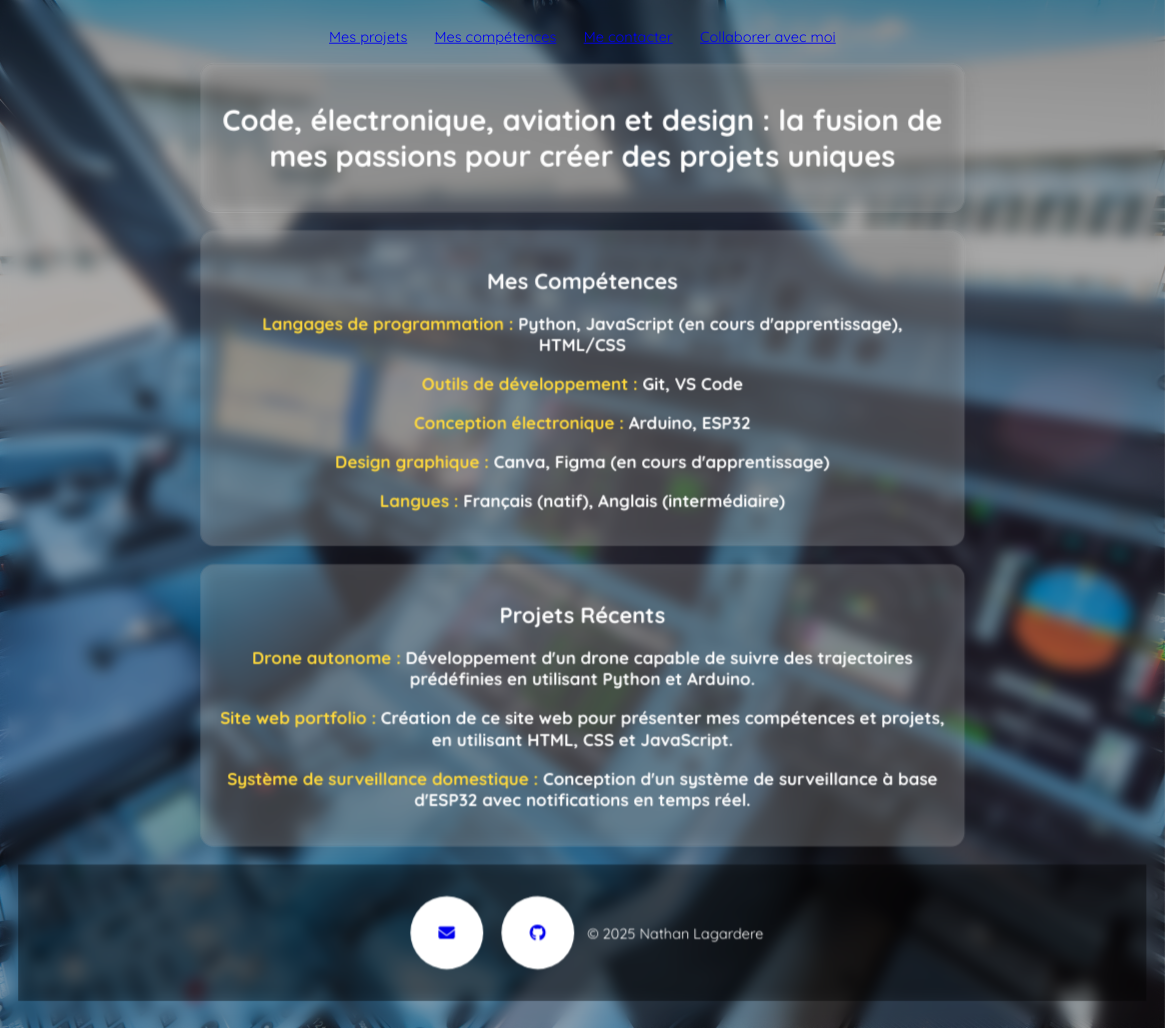
Repository: nlagardere/myportfolio
Page: index - Copie.html
The author's editor kept a copy of each file at every save. The page is drawn from the files as they stood at one save, then again after a run of saves.
The browser window is 1280 px wide. The pictures show the whole page, at 91% of full size.

Above is the page before, as saved 2025-09-06 10:27:58.

### index - Copie.html
<!DOCTYPE html>
<html lang="fr">
<head>
  <meta charset="UTF-8">
  <meta name="viewport" content="width=device-width, initial-scale=1.0">
  <title>Portfolio</title>

  <!-- Google Fonts -->
  <link href="https://fonts.googleapis.com/css2?family=Exo+2:wght@400;700&family=Quicksand:wght@400;700&display=swap" rel="stylesheet">
  <!-- Font Awesome -->
  <link rel="stylesheet" href="https://cdnjs.cloudflare.com/ajax/libs/font-awesome/6.5.0/css/all.min.css">

  <style>
    /* ========== BODY & LAYOUT ========== */
    body {
      font-family: 'Quicksand', sans-serif;
      margin: 0;
      padding: 0;
      min-height: 100vh;
      display: flex;
      flex-direction: column;
      background: url('a350.jpg') no-repeat center center;
      background-size: cover;
      color: #fff;
    }

    header {
      text-align: center;
      padding: 30px 20px;
      background: rgba(0,0,0,0.3);
      backdrop-filter: blur(8px);
    }

    /* ========== GLASS CARD ========== */
    .glasscard, .competences {
      background: rgba(255, 255, 255, 0.2);
      border-radius: 15px;
      padding: 20px;
      margin: 20px auto;
      max-width: 800px;
      backdrop-filter: blur(10px);
      box-shadow: 0 4px 30px rgba(0,0,0,0.1);
      text-align: center;
      animation: zoomPop 1s ease forwards;
      color: white;
    }

    .highlight {
      color: #FFD93D;
      font-weight: bold;
    }

    @keyframes zoomPop {
      0% { opacity: 0; transform: scale(0.1) translateZ(-800px); }
      60% { opacity: 1; transform: scale(1.2) translateZ(50px); }
      80% { transform: scale(0.95) translateZ(0); }
      100% { opacity: 1; transform: scale(1) translateZ(0); }
    }

    /* ========== ACRONYM ========== */
    .acronym-container {
      display: flex;
      justify-content: center;
      gap: 10px;
      flex-wrap: wrap;
      perspective: 1000px;
    }

    .letter-block {
      flex: none;
      text-align: center;
      opacity: 0;
      transform: scale(0.1) translateZ(-800px);
      animation: zoomPop 0.8s cubic-bezier(0.25, 1.5, 0.5, 1) forwards;
    }

    .letter-block:nth-child(1) { animation-delay: 0s; }
    .letter-block:nth-child(2) { animation-delay: 0.1s; }
    .letter-block:nth-child(3) { animation-delay: 0.2s; }
    .letter-block:nth-child(4) { animation-delay: 0.3s; }
    .letter-block:nth-child(5) { animation-delay: 0.4s; }
    .letter-block:nth-child(6) { animation-delay: 0.5s; }

    .letter-block .letter {
      font-size: 4em;
      font-weight: bold;
      font-family: 'Exo 2', sans-serif;
      background: linear-gradient(45deg, #FF6B6B, #FFD93D);
      -webkit-background-clip: text;
      -webkit-text-fill-color: transparent;
      transition: filter 0.2s;
    }

    .letter-block .letter:hover {
      filter: brightness(1.2);
    }

    .letter-block .desc {
      font-size: 1.2em;
      margin-top: 5px;
    }

    /* ========== SOCIAL ICONS ========== */
    .wrapper {
      display: inline-flex;
      justify-content: center;
      list-style: none;
      padding: 20px 0;
      margin: 0 auto;
    }

    .wrapper .icon {
      position: relative;
      background: #ffffff;
      border-radius: 50%;
      padding: 15px;
      margin: 0 10px;
      width: 50px;
      height: 50px;
      font-size: 18px;
      display: flex;
      justify-content: center;
      align-items: center;
      cursor: pointer;
      transition: all 0.2s cubic-bezier(0.68, -0.55, 0.265, 1.55);
    }

    .wrapper .tooltip {
      position: absolute;
      bottom: 100%;
      left: 50%;
      transform: translateX(-50%) translateY(-10px);
      font-size: 14px;
      background: #333;
      color: #fff;
      padding: 5px 8px;
      border-radius: 5px;
      opacity: 0;
      pointer-events: none;
      white-space: nowrap;
      transition: all 0.3s cubic-bezier(0.68, -0.55, 0.265, 1.55);
      z-index: 10;
    }

    .wrapper .tooltip::before {
      content: "";
      position: absolute;
      top: 100%;
      left: 50%;
      transform: translateX(-50%) rotate(45deg);
      width: 8px;
      height: 8px;
      background: #333;
    }

    .wrapper .icon:hover .tooltip {
      opacity: 1;
      pointer-events: auto;
      transform: translateX(-50%) translateY(-15px);
    }

    .wrapper .mail:hover,
    .wrapper .mail:hover .tooltip,
    .wrapper .mail:hover .tooltip::before {
      background: #00CED1;
      color: #fff;
    }

    .wrapper .github:hover,
    .wrapper .github:hover .tooltip,
    .wrapper .github:hover .tooltip::before {
      background: #333333;
      color: #fff;
    }

    /* ========== FOOTER ========== */
    .footer{
      text-align: center;
      padding: 15px 20px;
      background: rgba(0,0,0,0.3);
      backdrop-filter: blur(8px);
      color: white;
      margin-top: auto; /* ça force le footer en bas */

    }

    /* ========== NAVBAR ========== */
    .navbar ul {
      list-style: none;
      padding: 0;
      margin: 0;
      display: flex;
      justify-content: center;
      gap: 30px;
      flex-wrap: wrap;
    }


    /* ========== RESPONSIVE ========== */
    @media (max-width: 600px) {
      .letter-block .letter {
        font-size: 2.5em;
      }
    }

  </style>
</head>
<body>
  <header>
    <nav class="navbar">
      <ul>
        <li><a href="projects.html">Mes projets</a></li>
        <li><a href="competences.html">Mes compétences</a></li>
        <li><a href="contact.html">Me contacter</a></li>
        <li><a href="collaborate.html">Collaborer avec moi</a></li>
      </ul>
    </nav>

  <div class="glasscard">
    <h1>Code, électronique, aviation et design : la fusion de mes passions pour créer des projets uniques</h1>
  </div>

  <div class="competences">
    <h2>Mes Compétences</h2>
    <h3><span class="highlight">Langages de programmation :</span> Python, JavaScript (en cours d'apprentissage), HTML/CSS</h3>
    <h3><span class="highlight">Outils de développement :</span> Git, VS Code</h3>
    <h3><span class="highlight">Conception électronique :</span> Arduino, ESP32</h3>
    <h3><span class="highlight">Design graphique :</span> Canva, Figma (en cours d'apprentissage)</h3>
    <h3><span class="highlight">Langues :</span> Français (natif), Anglais (intermédiaire)</h3>
  </div>

  <div calss="projects">
    <div class="glasscard">
      <h2>Projets Récents</h2>
      <h3><span class="highlight">Drone autonome :</span> Développement d'un drone capable de suivre des trajectoires prédéfinies en utilisant Python et Arduino.</h3>
      <h3><span class="highlight">Site web portfolio :</span> Création de ce site web pour présenter mes compétences et projets, en utilisant HTML, CSS et JavaScript.</h3>
      <h3><span class="highlight">Système de surveillance domestique :</span> Conception d'un système de surveillance à base d'ESP32 avec notifications en temps réel.</h3>
    </div>
  </div>




  <div class="footer">
    <ul class="wrapper">
      <li class="icon mail">
        <a href="mailto:nathan.lagardere@gmail.com" target="_blank">
          <span class="tooltip">Mail</span>
          <i class="fas fa-envelope"></i>
        </a>
      </li>
      <li class="icon github">
        <a href="https://github.com/nlagardere" target="_blank">
          <span class="tooltip">Github</span>
          <i class="fab fa-github"></i>
        </a>
      </li>
    </ul>
    © 2025 Nathan Lagardere
  </div>
</body>
</html>

After the next 4 saves:
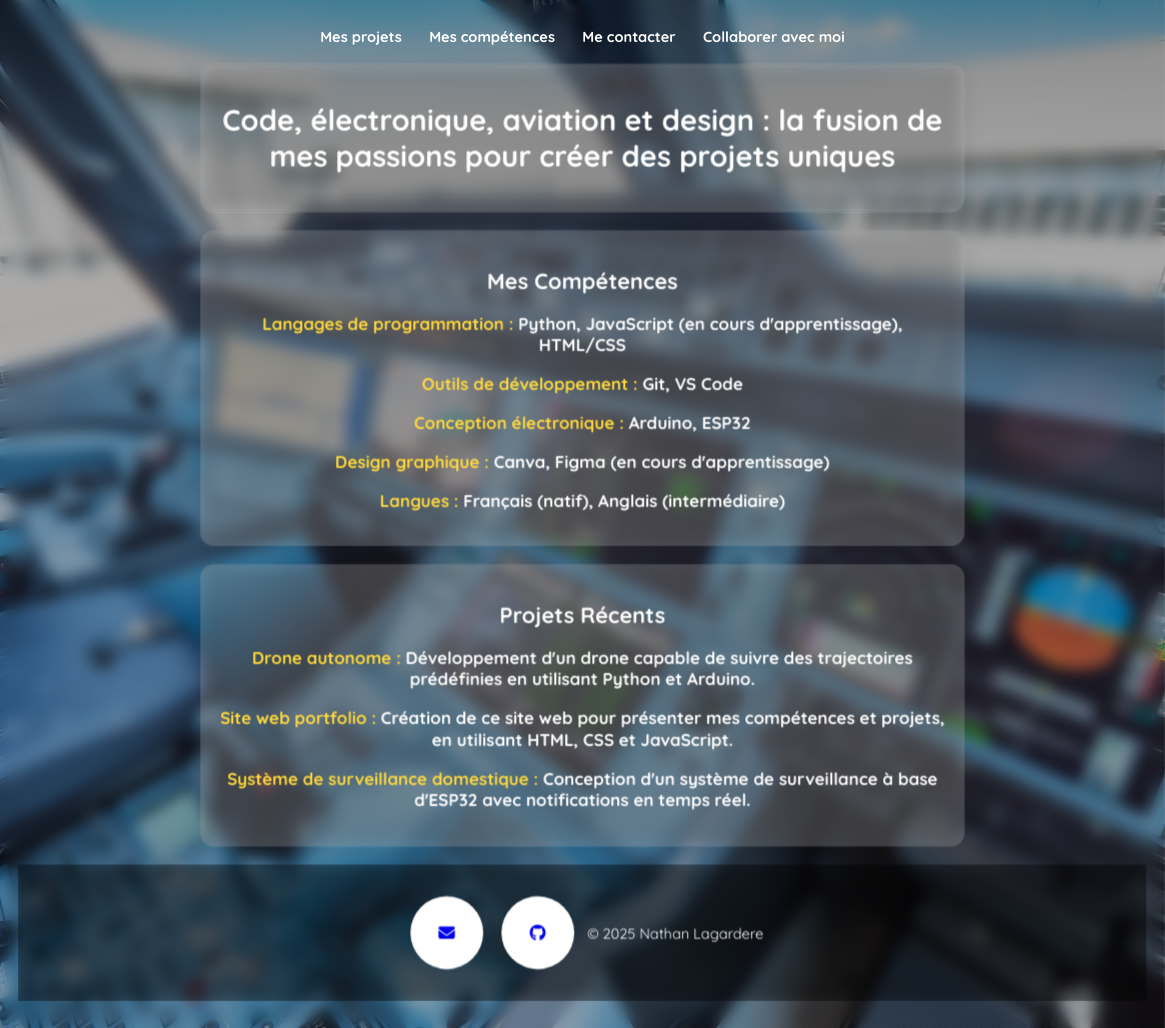
The 4 saves are shown as one change because they came seconds apart.
The last was saved 17 s later.
--- a/index - Copie.html
+++ b/index - Copie.html
@@ -193,6 +193,18 @@
       justify-content: center;
       gap: 30px;
       flex-wrap: wrap;
+    }
+    .navbar ul li {
+      display: inline;
+    }
+    .navbar ul li a {
+      text-decoration: none;
+      color: white;
+      font-weight: bold;
+      transition: color 0.3s;
+    }
+    .navbar ul li a:hover {
+      color: #FFD93D;
     }
 
 
